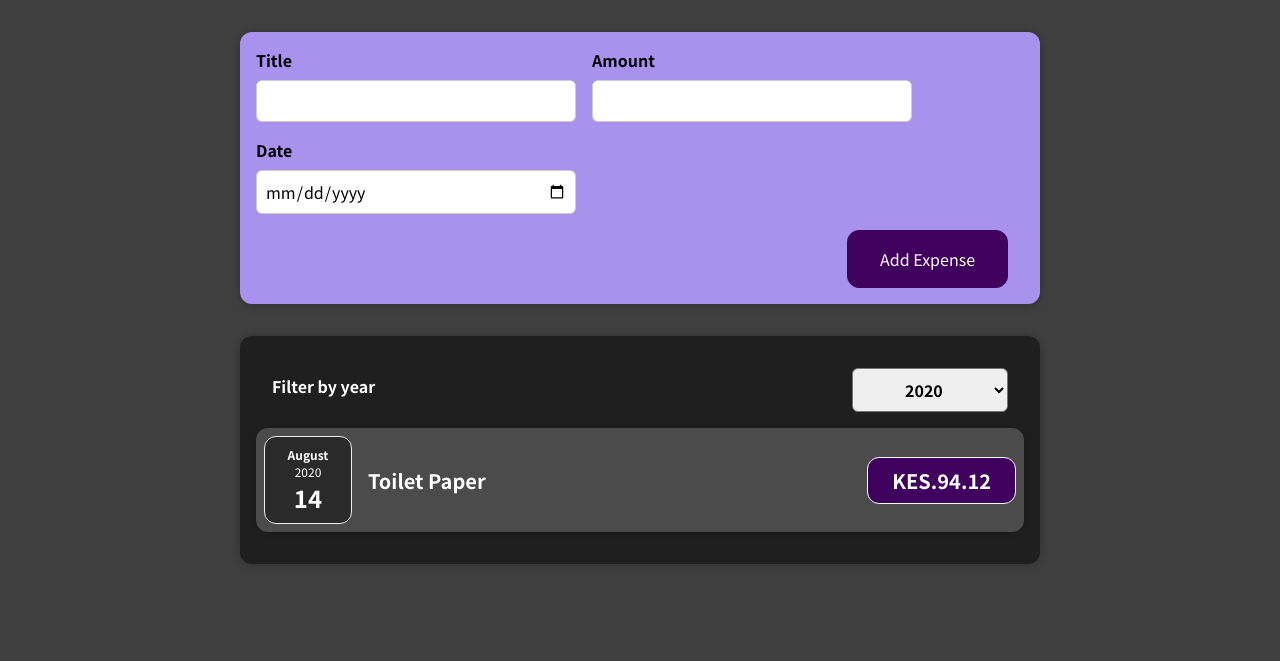
Repository: Samkiroko/expense-tracker-react
Page: /
An editor plug-in stored every save of this project. The page is shown before and after a run of saves, followed by the edit.
The browser window is 1280 px wide. The pictures show the whole page.
The project was rebuilt for these pictures with package versions that can differ from the ones it lists, and the page was loaded fresh each time.

Above is the page before, as saved 2021-06-15 08:11:36.

### src/index.css
@import url('https://fonts.googleapis.com/css2?family=Noto+Sans+JP:wght@400;700&display=swap');
* {
    box-sizing: border-box;
}

html {
    font-family: 'Noto Sans JP', sans-serif;
}

body {
    margin: 0;
    background-color: #3f3f3f;
}

### src/App.js
import React, { useState } from 'react'
import Expenses from './components/Expenses/Expenses'
import NewExpense from './components/NewExpense/NewExpense'

const DUMMY_EXPENSES = [
  {
    id: 'e1',
    title: 'Toilet Paper',
    amount: 94.12,
    date: new Date(2020, 7, 14),
  },
  { id: 'e2', title: 'New TV', amount: 799.49, date: new Date(2021, 2, 12) },
  {
    id: 'e3',
    title: 'Car Insurance',
    amount: 294.67,
    date: new Date(2021, 2, 28),
  },
  {
    id: 'e4',
    title: 'New Desk (Wooden)',
    amount: 450,
    date: new Date(2021, 5, 12),
  },
]

function App() {
  const [expenses, setExpenses] = useState(DUMMY_EXPENSES)
  const addExpenseHandler = (expense) => {
    setExpenses((prevExpenses) => {
      return [expense, ...prevExpenses]
    })
  }
  return (
    <div className='App'>
      <NewExpense onAddExpense={addExpenseHandler} />
      <Expenses items={expenses} />
    </div>
  )
}

export default App

### src/components/Expenses/Expenses.js
import React, { useState } from 'react'
import Card from '../UI/Card'
import './Expenses.css'
import ExpensesFilter from './ExpensesFilter'
import ExpensesList from './ExpensesList'

function Expenses(props) {
  const [filteredYear, setFilteredYear] = useState('2020')
  const filterChangeHandler = (selectedYear) => {
    setFilteredYear(selectedYear)
  }
  const filteredExpenses = props.items.filter((expenses) => {
    return expenses.date.getFullYear().toString() === filteredYear
  })

  return (
    <div>
      <Card className='expenses'>
        <ExpensesFilter selected={filteredYear} onChangeFilter={filterChangeHandler} />
        <ExpensesList items={filteredExpenses} />
      </Card>
    </div>
  )
}

export default Expenses

### src/components/NewExpense/NewExpense.js
import React from 'react'
import { ExpenseForm } from './ExpenseForm'
import './NewExpense.css'

const NewExpense = (props) => {
  const saveExpenseDataHandler = (enteredExpenseData) => {
    const expenseData = {
      ...enteredExpenseData,
      id: Math.random().toString(),
    }
    props.onAddExpense(expenseData)
  }
  return (
    <div className='new-expense'>
      <ExpenseForm onSaveExpenseData={saveExpenseDataHandler} />
    </div>
  )
}

export default NewExpense

### src/components/UI/Card.js
import './Card.css'

function Card(props) {
  const classes = 'card ' + props.className

  return <div className={classes}>{props.children}</div>
}

export default Card

### src/components/Expenses/ExpensesFilter.js
import React from 'react'
import './ExpenseFilter.css'

const ExpensesFilter = (props) => {
  const dropdownChangeHandler = (event) => {
    props.onChangeFilter(event.target.value)
  }
  return (
    <div className='expenses-filter'>
      <div className='expenses-filter__control'>
        <label>Filter by year</label>
        <select value={props.selected} onChange={dropdownChangeHandler}>
          <option value='2022'>2022</option>
          <option value='2021'>2021</option>
          <option value='2020'>2020</option>
          <option value='2019'>2019</option>
        </select>
      </div>
    </div>
  )
}

export default ExpensesFilter

### src/components/Expenses/ExpensesList.js
import React from 'react'
import './ExpensesList.css'
import ExpenseItem from './ExpenseItem'

const ExpensesList = (props) => {
  if (props.items.length === 0) {
    return <h2 className='expenses-list__fallback'>Found no expenses.</h2>
  }
  return (
    <ul className='expenses-list'>
      {props.items.map((expenses) => (
        <ExpenseItem key={expenses.id} title={expenses.title} amount={expenses.amount} date={expenses.date} />
      ))}
    </ul>
  )
}

export default ExpensesList

### src/components/NewExpense/ExpenseForm.js
import React, { useState } from 'react'
import './ExpenseForm.css'

export const ExpenseForm = (props) => {
  const [enteredTitle, setEnteredTitle] = useState('')
  const [enteredAmount, setEnteredAmount] = useState('')
  const [enteredDate, setEnteredDate] = useState('')

  const titleChangeHandler = (event) => {
    setEnteredTitle(event.target.value)
  }
  const amountChangeHandler = (event) => {
    setEnteredAmount(event.target.value)
  }

  const dateChangeHandler = (event) => {
    setEnteredDate(event.target.value)
  }

  const submitHandler = (event) => {
    event.preventDefault()

    const expenseData = {
      title: enteredTitle,
      amount: enteredAmount,
      date: new Date(enteredDate),
    }
    props.onSaveExpenseData(expenseData)
    setEnteredTitle('')
    setEnteredAmount('')
    setEnteredDate('')
  }

  return (
    <form onSubmit={submitHandler}>
      <div className='new-expense__controls'>
        <div className='new-expense__control'>
          <label>Title</label>
          <input type='text' value={enteredTitle} onChange={titleChangeHandler} />
        </div>
        <div className='new-expense__control'>
          <label>Amount</label>
          <input type='number' min='0.01' step='0.01' value={enteredAmount} onChange={amountChangeHandler} />
        </div>
        <div className='new-expense__control'>
          <label>Date</label>
          <input type='date' min='2019-01-01' max='2022-12-31' value={enteredDate} onChange={dateChangeHandler} />
        </div>
      </div>
      <div className='new-expense__actions'>
        <button type='submit'>Add Expense</button>
      </div>
    </form>
  )
}

### src/components/NewExpense/NewExpense.css
.new-expense {
    background-color: #a892ee;
    padding: 1rem;
    margin: 2rem auto;
    width: 50rem;
    max-width: 95%;
    border-radius: 12px;
    text-align: center;
    box-shadow: 0 1px 8px rgba(0, 0, 0, 0.25);
}

.new-expense button {
    font: inherit;
    cursor: pointer;
    padding: 1rem 2rem;
    border: 1px solid #40005d;
    background-color: #40005d;
    color: white;
    border-radius: 12px;
    margin-right: 1rem;
}

.new-expense button:hover,
.new-expense button:active {
    background-color: #510674;
    border-color: #510674;
}

.new-expense button.alternative {
    color: #220131;
    border-color: transparent;
    background-color: transparent;
}

.new-expense button.alternative:hover,
.new-expense button.alternative:active {
    background-color: #ddb3f8;
}

### src/components/Expenses/ExpenseItem.js
import React from 'react'
import Card from '../UI/Card'
import ExpenseDate from './ExpenseDate'
import './ExpenseItem.css'

function ExpenseItem(props) {
  return (
    <Card className='expense-item'>
      <ExpenseDate date={props.date} />
      <div className='expense-item__description'>
        <h2>{props.title}</h2>
        <div className='expense-item__price'>KES.{props.amount}</div>
      </div>
    </Card>
  )
}

export default ExpenseItem

### src/components/Expenses/ExpenseDate.js
import React from 'react'
import './ExpenseDate.css'

function ExpenseDate(props) {
  const month = props.date.toLocaleString('en-US', { month: 'long' })
  const day = props.date.toLocaleString('en-US', { day: '2-digit' })
  const year = props.date.getFullYear()
  return (
    <div className='expense-date'>
      <div className='expense-date__month'>{month}</div>
      <div className='expense-date__year'>{year}</div>
      <div className='expense-date__day'>{day}</div>
    </div>
  )
}

export default ExpenseDate

### src/components/Expenses/ExpenseItem.css
.expense-item {
    display: flex;
    justify-content: space-between;
    align-items: center;
    padding: 0.5rem;
    margin: 1rem 0;
    background-color: #4b4b4b;
}

.expense-item__description {
    display: flex;
    flex-direction: column;
    gap: 1rem;
    align-items: flex-end;
    flex-flow: column-reverse;
    justify-content: flex-start;
    flex: 1;
}

.expense-item h2 {
    color: #3a3a3a;
    font-size: 1rem;
    flex: 1;
    margin: 0 1rem;
    color: white;
}

.expense-item__price {
    font-size: 1rem;
    font-weight: bold;
    color: white;
    background-color: #40005d;
    border: 1px solid white;
    padding: 0.5rem;
    border-radius: 12px;
}

@media (min-width: 580px) {
    .expense-item__description {
        flex-direction: row;
        align-items: center;
        justify-content: flex-start;
        flex: 1;
    }
    .expense-item__description h2 {
        font-size: 1.25rem;
    }
    .expense-item__price {
        font-size: 1.25rem;
        padding: 0.5rem 1.5rem;
    }
}

Loaded but not shown: public/index.html (common file); src/index.js (common file); src/components/Expenses/Expenses.css (common file); src/components/UI/Card.css (common file); src/components/Expenses/ExpenseFilter.css (common file); src/components/Expenses/ExpensesList.css (common file); src/components/NewExpense/ExpenseForm.css (common file); src/components/Expenses/ExpenseDate.css (common file)

After the next 2 saves:
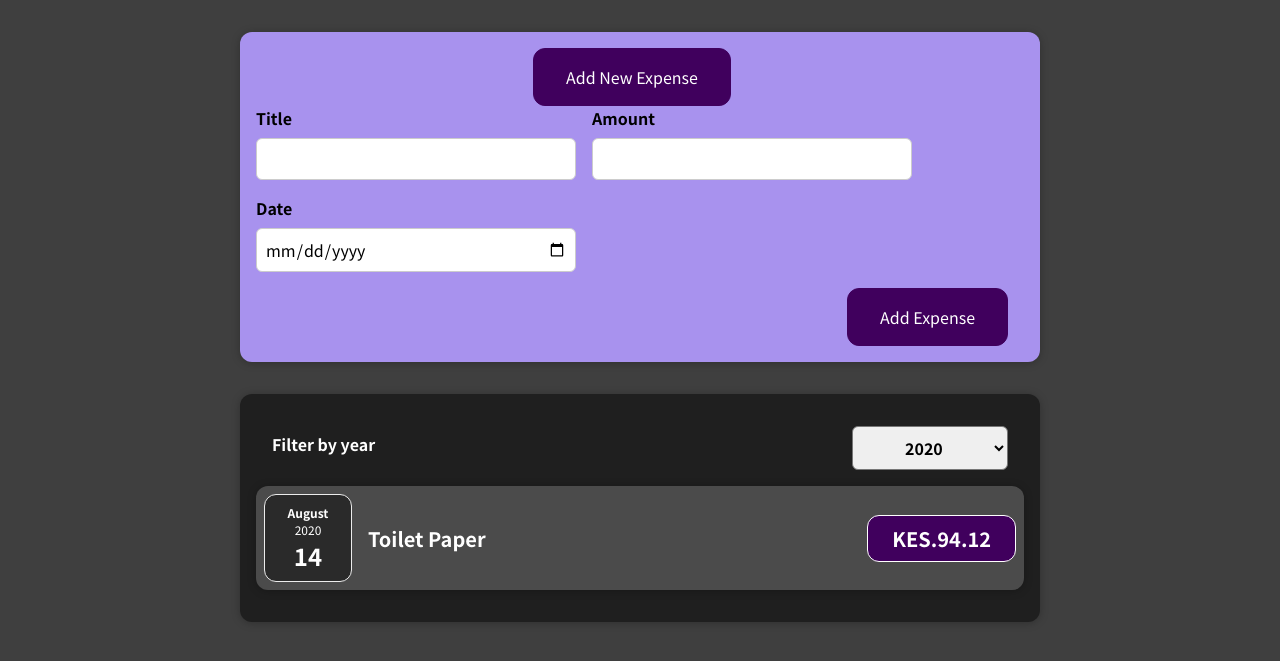
The 2 saves are shown as one change because 1 did not build or start.
The last was saved 3 h 31 min later.
--- a/src/components/NewExpense/NewExpense.js
+++ b/src/components/NewExpense/NewExpense.js
@@ -1,8 +1,9 @@
-import React from 'react'
+import React, { useState } from 'react'
 import { ExpenseForm } from './ExpenseForm'
 import './NewExpense.css'
 
 const NewExpense = (props) => {
+  const [isEditing, setIsEditing] = useState(false)
   const saveExpenseDataHandler = (enteredExpenseData) => {
     const expenseData = {
       ...enteredExpenseData,
@@ -12,6 +13,7 @@ const NewExpense = (props) => {
   }
   return (
     <div className='new-expense'>
+      <button className='button'>Add New Expense</button>
       <ExpenseForm onSaveExpenseData={saveExpenseDataHandler} />
     </div>
   )
